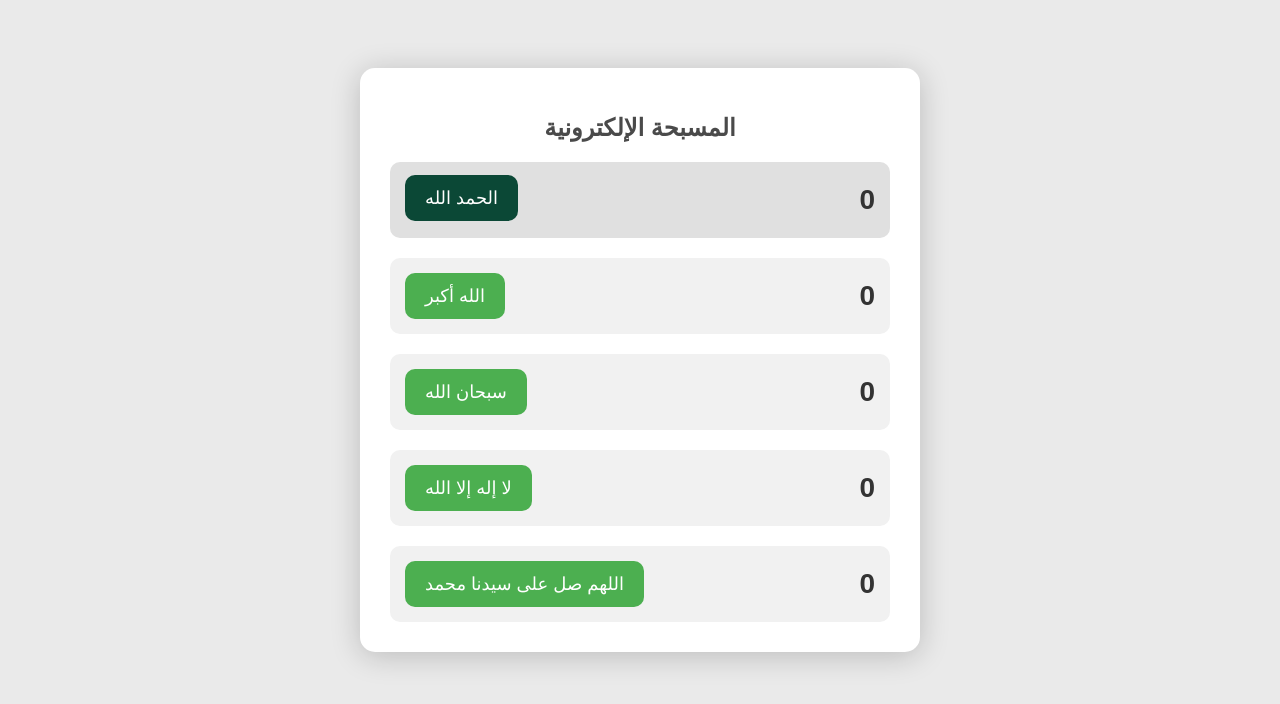
Repository: ShahdKItany/Electronic-Rosary
Page: index.html
The author's editor kept a copy of each file at every save. The page is drawn from the files as they stood at one save, then again after the next save.
The browser window is 1280 px wide. The pictures show the whole page.
The pointer rests on the first visible `button`.

Above is the page before, as saved 2024-10-23 00:53:14.

### index.html
<!DOCTYPE html>
<html lang="ar">
<head>
  <meta charset="UTF-8">
  <meta name="viewport" content="width=device-width, initial-scale=1.0">
  <link rel="stylesheet" href="styles.css">
  <title>المسبحة الإلكترونية</title>
</head>
<body>
  <div class="container">
    <h1 class="title">المسبحة الإلكترونية</h1>
    <div class="button-container">
      <div class="button-group">
        <button id="incrementButton1">الحمد الله</button>
        <span id="counter1" class="counter">0</span>
      </div>
      <div class="button-group">
        <button id="incrementButton2">الله أكبر</button>
        <span id="counter2" class="counter">0</span>
      </div>
      <div class="button-group">
        <button id="incrementButton3">سبحان الله</button>
        <span id="counter3" class="counter">0</span>
      </div>
      <div class="button-group">
        <button id="incrementButton4">لا إله إلا الله</button>
        <span id="counter4" class="counter">0</span>
      </div>
      <div class="button-group">
        <button id="incrementButton5">اللهم صل على سيدنا محمد</button>
        <span id="counter5" class="counter">0</span>
      </div>
    </div>
  </div>

  <script src="main.js"></script>
</body>
</html>

### styles.css
body {
    font-family: 'Arial', sans-serif;
    background-color: #eaeaea;
    display: flex;
    justify-content: center;
    align-items: center;
    height: 100vh;
    margin: 0;
  }

  .container {
    text-align: center;
    background-color: #ffffff;
    border-radius: 15px;
    box-shadow: 0 4px 30px rgba(0, 0, 0, 0.2);
    padding: 30px;
    max-width: 500px;
    width: 90%;
  }

  .title {
    color: #4a4a4a;
    margin-bottom: 20px;
    font-size: 24px;
    font-weight: bold;
  }

  .button-container {
    display: flex;
    flex-direction: column;
    gap: 20px;
  }

  .button-group {
    display: flex;
    justify-content: space-between;
    align-items: center;
    background-color: #f1f1f1;
    border-radius: 10px;
    padding: 15px;
    transition: background-color 0.3s;
  }

  .button-group:hover {
    background-color: #e0e0e0;
  }

  button {
    background-color: #4CAF50;
    color: white;
    border: none;
    border-radius: 10px;
    padding: 12px 20px;
    cursor: pointer;
    font-size: 18px;
    transition: background-color 0.3s, transform 0.1s;
  }

  button:hover {
    background-color: #0b4836;
    transform: translateY(-2px);
  }

  .counter {
    font-size: 28px;
    color: #333;
    font-weight: bold;
  }

### main.js
const incrementButton1 = document.getElementById('incrementButton1');
const incrementButton2 = document.getElementById('incrementButton2');
const incrementButton3 = document.getElementById('incrementButton3');
const incrementButton4 = document.getElementById('incrementButton4');
const incrementButton5 = document.getElementById('incrementButton5');

const counterElement1 = document.getElementById('counter1');
const counterElement2 = document.getElementById('counter2');
const counterElement3 = document.getElementById('counter3');
const counterElement4 = document.getElementById('counter4');
const counterElement5 = document.getElementById('counter5');

let counterValue1 = 0;
let counterValue2 = 0;
let counterValue3 = 0;
let counterValue4 = 0;
let counterValue5 = 0;

incrementButton1.addEventListener('click', function() {
  counterElement1.textContent = ++counterValue1;
});

incrementButton2.addEventListener('click', function() {
  counterElement2.textContent = ++counterValue2;
});

incrementButton3.addEventListener('click', function() {
  counterElement3.textContent = ++counterValue3;
});

incrementButton4.addEventListener('click', function() {
  counterElement4.textContent = ++counterValue4;
});

incrementButton5.addEventListener('click', function() {
  counterElement5.textContent = ++counterValue5;
});

After the next save:
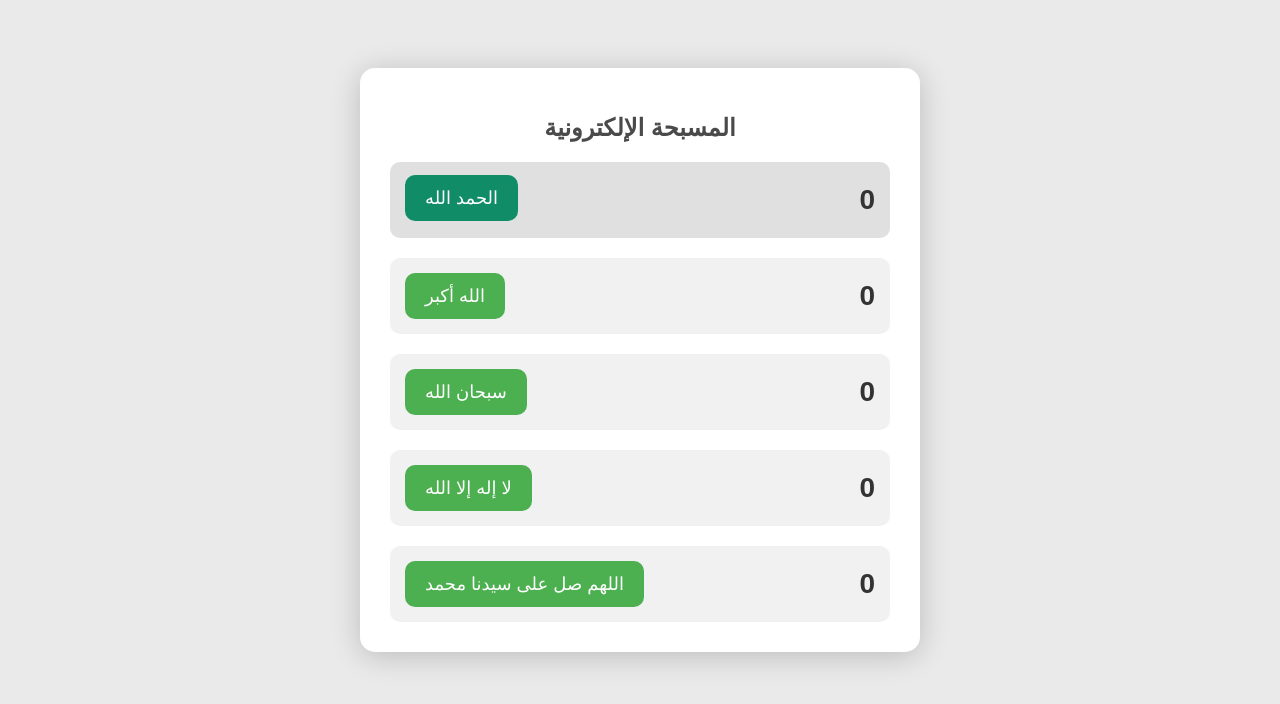
Saved 8 s later.
--- a/styles.css
+++ b/styles.css
@@ -57,7 +57,7 @@ body {
   }
 
   button:hover {
-    background-color: #0b4836;
+    background-color: #108c67;
     transform: translateY(-2px);
   }
 
